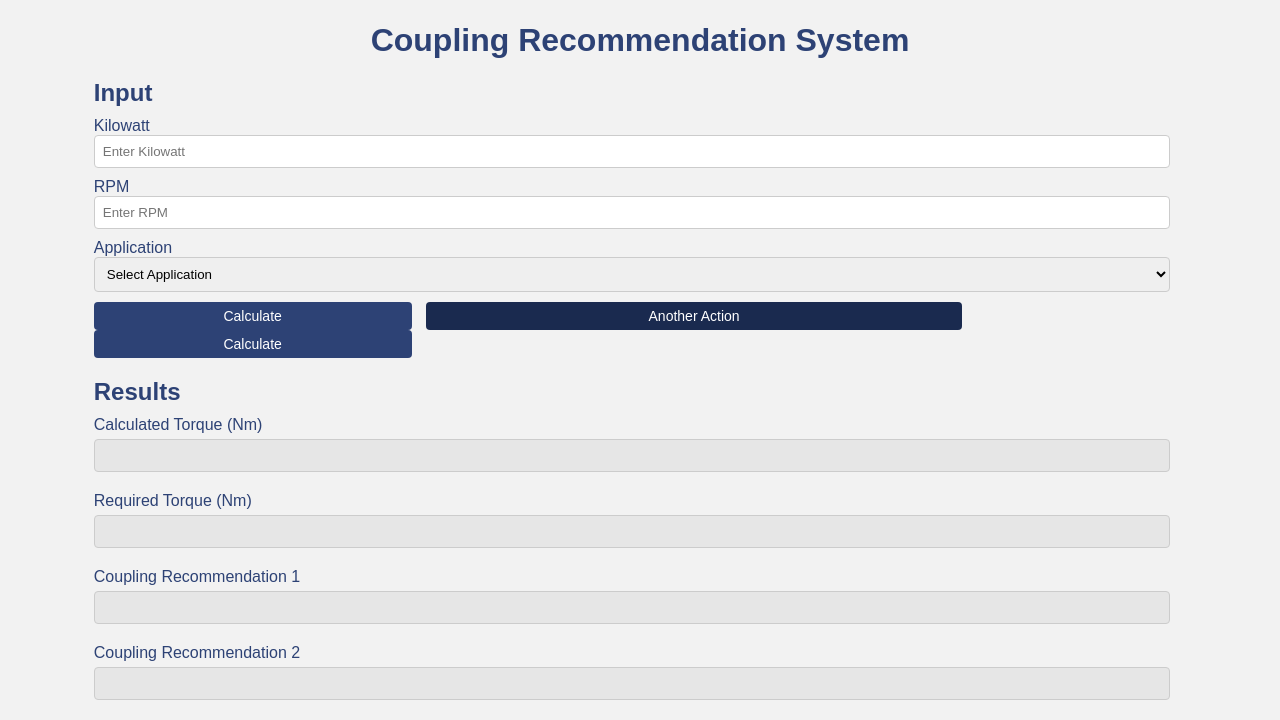
Repository: JustinSadie/calculator
Page: newIndex.html
The author's editor kept a copy of each file at every save. The page is drawn from the files as they stood at one save, then again after the next save.
The browser window is 1280 px wide. The pictures show the whole page.

Above is the page before, as saved 2024-08-25 15:44:16.

### newIndex.html
<!DOCTYPE html>
<html lang="en">
  <head>
    <meta charset="UTF-8" />
    <meta name="viewport" content="width=device-width, initial-scale=1.0" />
    <title>Coupling Recommendation</title>
    <link rel="stylesheet" href="newCSS.css" />
  </head>
  <body>
    <div class="coupling-calculator">
      <h1>Coupling Recommendation System</h1>

      <div class="input-section">
        <h2>Input</h2>
        <label for="kilowatt">Kilowatt</label>
        <input
          type="number"
          id="kilowatt"
          placeholder="Enter Kilowatt"
          required
        />

        <label for="rotationSpeed">RPM</label>
        <input
          type="number"
          id="rotationSpeed"
          placeholder="Enter RPM"
          required
        />

        <label for="application">Application</label>
        <select id="application">
          <option value="">Select Application</option>
          <option value="1.2">Centrifugal Pumps</option>
          <option value="1.2">Fans</option>
          <option value="1.2">Belt Conveyors</option>
          <option value="1.6">Hammermill</option>
          <option value="1.6">Bucket Elevator</option>
          <option value="1.6">Scraper Conveyor</option>
          <option value="2.4">Reciprocating Pump</option>
          <option value="2.4">Compressor(3Cyl or less)</option>
          <option value="2">Crusher</option>
          <option value="2">Calender</option>
          <option value="2">Shaker</option>
          <option value="2">Compressor(4 Cyl or more)</option>
          <option value="4">Steel Mill rolers Tables</option>
          <option value="4">Heavy Reversing Drives</option>
        </select>
        <input
          type="text"
          id="customApplication"
          placeholder="Enter Custom Application"
          style="display: none"
        />

        <button onclick="displayResults()">Calculate</button>
        <button class="additional">Another Action</button>
        <button onclick="displayResults()">Calculate</button>

      </div>

      <div class="output-section">
        <h2>Results</h2>
        <div class="result">
          <label for="torqueResult">Calculated Torque (Nm)</label>
          <input type="text" id="torqueResult" readonly />
        </div>

        <div class="result">
          <label for="coupRat">Required Torque (Nm)</label>
          <input type="text" id="coupRat" readonly />
        </div>

        <div class="result">
          <label for="brCouplingSuggest1">Coupling Recommendation 1</label>
          <input type="text" id="brCouplingSuggest1" readonly />
        </div>

        <div class="result">
          <label for="brCouplingSuggest2">Coupling Recommendation 2</label>
          <input type="text" id="brCouplingSuggest2" readonly />
        </div>
      </div>

      <script src="Coupling generator copy.js"></script>
    </div>
  </body>
</html>

### newCSS.css
/* Overall page styling */
body {
  font-family: Arial, sans-serif;
  margin: 0;
  padding: 0;
  background-color: #f2f2f2;
  color: #2d4275;
  display: flex;
  justify-content: center;
  align-items: center;
  min-height: 100vh;
}

.coupling-caclulator {
  max-width: 50%; /* Make the container half the width of the page */
  margin: 0 auto;
  padding: 20px;
  background-color: #ffffff;
  box-shadow: 0 0 10px rgba(0, 0, 0, 0.1);
  border: 2px solid #2d4275; /* Add border around the container */
  border-radius: 8px;
  box-sizing: border-box; /* Include padding and border in the width */
}

h1 {
  color: #2d4275;
  text-align: center;
  margin-bottom: 20px;
}

/* Input section styling */
.input-section {
  margin-bottom: 20px;
}

.input-section h2 {
  color: #2d4275;
  margin-bottom: 10px;
}

input,
select {
  padding: 8px; /* Make the input fields smaller */
  margin-bottom: 10px;
  width: calc(100% - 16px); /* Adjust width to account for padding and borders */
  border: 1px solid #ccc;
  border-radius: 4px;
  box-sizing: border-box;
}

button {
  padding: 6px 10px;
  background-color: #2d4275;
  color: #ffffff;
  border: none;
  border-radius: 4px;
  cursor: pointer;
  font-size: 14px; /* Adjust button font size */
  width: calc(30% - 10px); /* Adjust width for smaller button */
  margin-right: 10px; /* Add space between buttons */
}

button:hover {
  background-color: #1a2a4f;
}

/* Add styling for additional button */
button.additional {
  padding: 6px 10px;
  background-color: #1a2a4f;
  color: #ffffff;
  border: none;
  border-radius: 4px;
  cursor: pointer;
  font-size: 14px;
  width: calc(50% - 10px); /* Same size as the primary button */
}

button.additional:hover {
  background-color: #0d1a3b;
}

/* Output section styling */
.output-section {
  margin-top: 20px;
}

.output-section h2 {
  color: #2d4275;
  margin-bottom: 10px;
}

.result {
  margin-bottom: 10px;
}

.result label {
  display: block;
  margin-bottom: 5px;
  color: #2d4275;
}

.result input {
  padding: 8px; /* Make the output fields smaller */
  border: 1px solid #ccc;
  border-radius: 4px;
  width: calc(100% - 16px); /* Adjust width to account for padding and borders */
  box-sizing: border-box;
  background-color: #f9f9f9;
}

.result input[readonly] {
  background-color: #e6e6e6;
  cursor: not-allowed;
}

### Coupling generator copy.js
lst = [97,128, 164, 187, 215, 255, 271, 314, 355, 428,
    471, 517, 618, 679, 706, 868, 889, 900,
    1089, 1227, 1296, 1392, 1427, 1641, 1768, 2081,
    2150, 2398, 2551, 2837, 3134, 3343, 3536, 3787,
    4274, 4873, 4963, 5326, 5860, 6645, 6721, 6978,
    7234, 8443, 8806, 9071, 9864, 10172, 10811, 11063,
    12835, 13359, 13870, 14165, 16126, 17502, 18434,
    20135, 20684, 21989, 24153, 28155, 28166, 29107,
    35206, 35584, 38136, 38177, 45784, 48006, 50019,
    52525, 55588, 58182, 68818, 72908, 75800, 79879,
    86627, 99418, 100312, 104658, 136282, 136785,
    152552, 178422, 208020, 234914, 366843
]


const bearingData = {
  black: {
    sizes: [97, 164, 271, 471, 679, 1089, 1641, 2551, 3787, 5326, 6721, 8443, 10811, 18434, 29107, 38177, 52525, 79879],
  },
  yellow: {
    sizes: [128, 215, 355, 618, 889, 1427, 2150, 3343, 4963, 6978, 8806, 11063, 14165, 24153, 38136, 50019, 68818, 104658],
  },
  blue: {
    sizes: [187, 314, 517, 900, 1296, 2081, 3134, 4873, 7234, 10172, 12835, 16126, 20684, 35206, 55588, 72908, 100312, 152552],
  },
  green: {
    sizes: [255, 428, 706, 1227, 1768, 2837, 4274, 6645, 9864, 13870, 17502, 21989, 28155, 48006, 75800, 99418, 136785, 208020],
  },
  red: {
    sizes: [517, 868, 1392, 2398, 3536, 5860, 9071, 13359, 20135, 28166, 35584, 45784, 58182, 86627, 136282, 178422, 234914, 366843],
  },
};

const sizeIndex = {
    "BR_95" : 0,
   "BR_115" : 1,
   "BR_135" : 2,
   "BR_155" : 3,
   "BR_179" : 4,
   "BR_206" : 5,
   "BR_236" : 6,
   "BR_276" : 7,
   "BR_306" : 8,
   "BR_336" : 9,
   "BR_366" : 10,
   "BR_406" : 11,
   "BR_446" : 12,
   "BR_506" : 13,
   "BR_556" : 14,
   "BR_636" : 15,
   "BR_716" : 16,
   "BR_826" : 17,
}


function calculateTorque(){
    var kilowatt = document.getElementById("kilowatt").value;
    var rotationSpeed = document.getElementById("rotationSpeed").value;
    var torque = ((kilowatt *  9550)/rotationSpeed);
    torqueResult = torque.toFixed(2) + " (Nm)";
    return {
        torqueresultText: torqueResult,
        torqueResultNumeric: torque,
    };

}

function getSafetyFactorValue(){
    var serviceFactor = document.getElementById("application").value;
    var customServiceFactor = document.getElementById("customApplication").value.trim();

    if (customServiceFactor) {
        return customServiceFactor;
    } else if (serviceFactor && serviceFactor !== "default") {
        return serviceFactor;
    } else {
        throw new Error("Please select an application or enter a custom application.");
    }
};


function calculateAndSetCouplingRating() {
    try {
        var torque = calculateTorque().torqueResultNumeric;
        var serviceFactor = getSafetyFactorValue();

        if (isNaN(serviceFactor)) {
            throw new Error("Invalid service factor input");
        }
        var couplingRating = Math.round(torque * serviceFactor);
        var couplingRatingResult = couplingRating + " (Nm)";

        return {
            couplingRatingText: couplingRatingResult,
            couplingRatingNumeric: couplingRating,
        };
    } catch (error) {
        console.error("Error in calculateAndSetCouplingRating:", error.message);
        return {
            error: error.message,
        };
    }
}



function nextNearestValue() {

    x = calculateAndSetCouplingRating().couplingRatingNumeric;

    for(const elem of lst){
        if(x <= elem) {
            const nextIndex = lst.indexOf(elem) + 1;
            if (nextIndex < lst.length) {
                return {
                    firstRecommendation : elem,
                    secondrecommendation : lst[nextIndex],
                };
            }
        }
    }
    return {
        firstRecommendation : elem,
        secondrecommendation : "none",
    }
}

function safetyFactor(nnv,torque){
    return (nnv/torque).toFixed(2);
}

function findColorAndSize(value) {
    for (const color in bearingData) {
      const sizes = bearingData[color].sizes;
      const index = sizes.indexOf(value);
      if (index !== -1) {
        const sizeKey = Object.keys(sizeIndex).find((key) => sizeIndex[key] === index);
        return {
          color: color,
          size: sizeKey,
        };
      }
    }
    return null;
}



function displayResults(){
    var newVal = calculateAndSetCouplingRating();
    document.getElementById('torqueResult').value=calculateTorque().torqueresultText;
    document.getElementById('coupRat').value=calculateAndSetCouplingRating().couplingRatingText;

    document.getElementById('brCouplingSuggest1').value=findColorAndSize(nextNearestValue().firstRecommendation).size + " - " + findColorAndSize(nextNearestValue().firstRecommendation).color;
    document.getElementById('brCouplingSuggest2').value=findColorAndSize(nextNearestValue().secondrecommendation).size + " - " + findColorAndSize(nextNearestValue().secondrecommendation).color;
    document.getElementById('sfCouplingSuggest1').value=safetyFactor(nextNearestValue().firstRecommendation, calculateTorque().torqueResultNumeric);
    document.getElementById('sfCouplingSuggest2').value=safetyFactor(nextNearestValue().secondrecommendation, calculateTorque().torqueResultNumeric);
}


function clearTable(){
    document.getElementById('kilowatt').value="";
    document.getElementById('rotationSpeed').value="";
    document.getElementById('serviceFactor').value="";
    document.getElementById('torqueResult').value="";
    document.getElementById('coupRat').value="";
    document.getElementById('brCouplingSuggest1').value="";
    document.getElementById('brCouplingSuggest2').value="";
}

function validateInput(inputId) {
    var inputElement = document.getElementById(inputId);
    var inputValue = inputElement.value.trim();

    if (inputValue === "") {
        alert("Input cannot be empty.");
        return false;
    }

    if (!/^\d+$/.test(inputValue)) {
        alert("Input must contain only numbers.");
        return false;
    }

    return true;
}

function validateForm() {
    if (!validateInput("kilowatt") || !validateInput("rotationSpeed")) {
        return false;
    }
    return true;
}

After the next save:
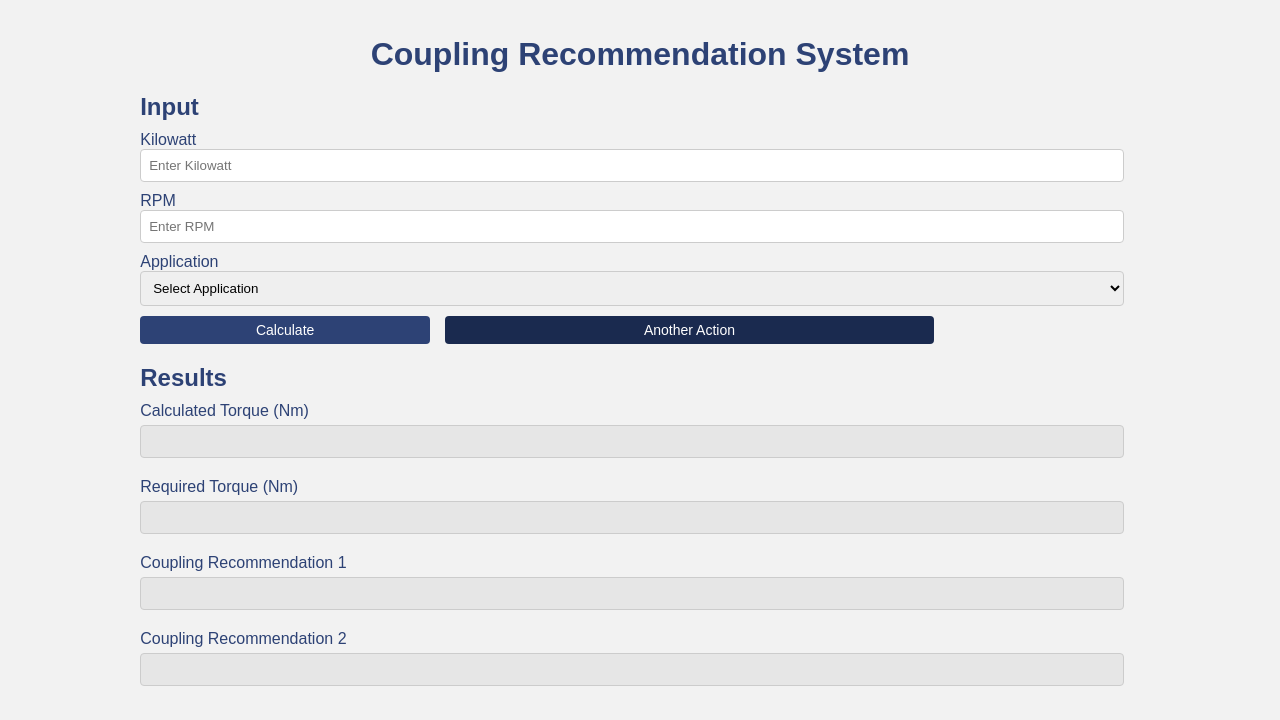
Saved 13 s later.
--- a/newIndex.html
+++ b/newIndex.html
@@ -55,7 +55,7 @@
 
         <button onclick="displayResults()">Calculate</button>
         <button class="additional">Another Action</button>
-        <button onclick="displayResults()">Calculate</button>
+
 
       </div>
 
